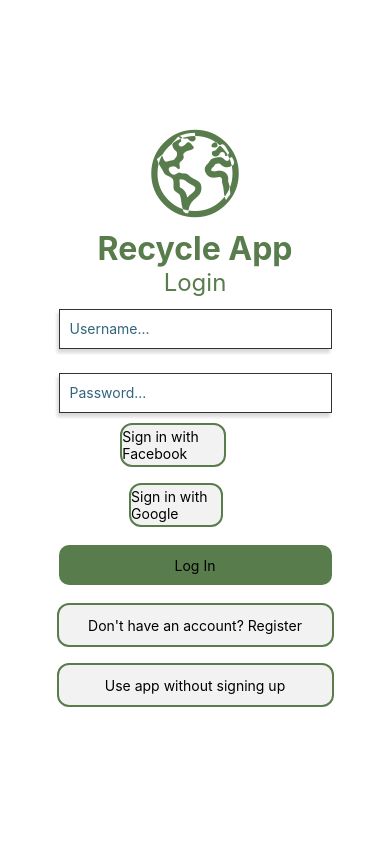
Repository: ct-pham/COMP4511
Screen: / (app in comp4511/)
The author's editor kept a copy of each file at every save. The screen is drawn from the files as they stood at one save, then again after the next save.
The app was drawn by React Native's web renderer in a window 390 px wide. The project was rebuilt for these pictures with package versions that can differ from the ones it lists, and the page was loaded fresh each time.

Above is the screen before, as saved 2022-11-07 16:31:27.

After the next save:
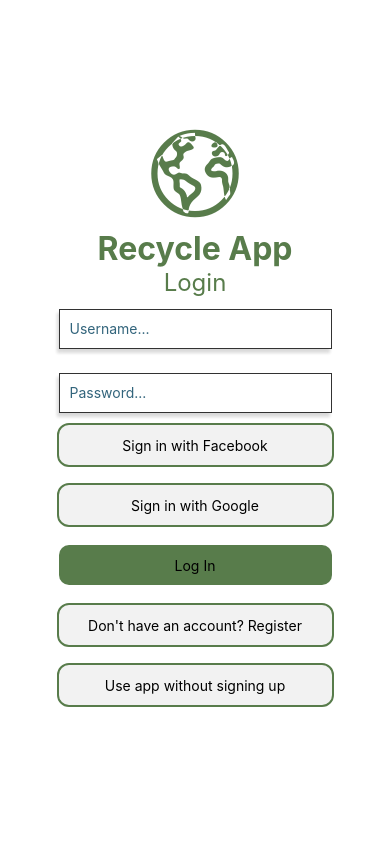
Saved 31 s later.
--- a/comp4511/Components/Login.js
+++ b/comp4511/Components/Login.js
@@ -39,31 +39,28 @@ export default function Login( {navigation}) {
                     secureTextEntry={true}
                 />
             </View>
-            <View>
-                <TouchableOpacity
-                    style = {styles.socialBtn}
-                >
-                    <View style={styles.iconWrapper}>
-                        <FontAwesome  />
-                    </View>
-                    <View style={styles.btnTxtWrapper}>
-                        <Text >Sign in with Facebook</Text>
-                    </View>
-                </TouchableOpacity>
-            </View>
-            <View>
-                <TouchableOpacity
-                    style = {styles.socialBtn}
-                >
-                    <View style={styles.iconWrapper2}>
-                        <FontAwesome  />
-                    </View>
-                    <View style={styles.btnTxtWrapper}>
-                        <Text >Sign in with Google</Text>
-                    </View>
-                </TouchableOpacity>
 
-            </View>
+            <TouchableOpacity
+                style = {styles.socialBtn}
+            >
+                <View style={styles.iconWrapper}>
+                    <FontAwesome  />
+                </View>
+                <View style={styles.btnTxtWrapper}>
+                    <Text >Sign in with Facebook</Text>
+                </View>
+            </TouchableOpacity>
+            <TouchableOpacity
+                style = {styles.socialBtn}
+            >
+                <View style={styles.iconWrapper2}>
+                    <FontAwesome  />
+                </View>
+                <View style={styles.btnTxtWrapper}>
+                    <Text >Sign in with Google</Text>
+                </View>
+            </TouchableOpacity>
+
 
             <TouchableOpacity style = {styles.btnStyle}>
                 <Text style={styles.loginBtn}>Log In</Text>
